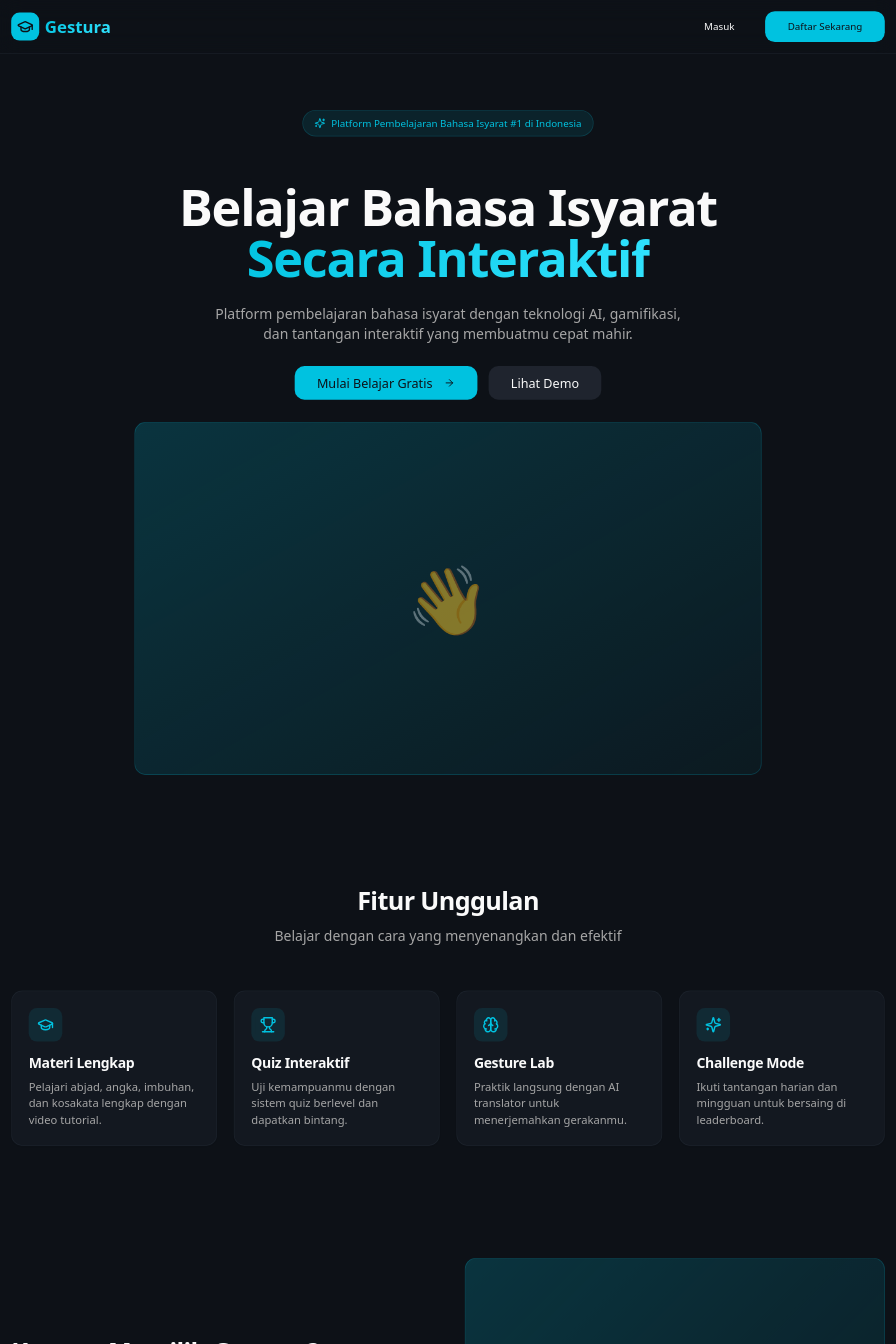
Repository: Tisna7/GESTURA
Page: http://localhost/
These files come from the project's save history. The page is drawn as it stood at one moment and after the next save; the edit follows.
The browser window is 1280 px wide. The pictures show the part of the page from y = 0 to 1920 px (the page is 3799 px tall before and 3767 px after), at 70% of full size.
The page is served by the project's Laravel application, run on PHP 8.4 with Laravel 12. Style sheets and scripts are compiled from the project's sources, by tool versions that may differ from the author's.

Above is the page before, as saved 2025-11-21 22:33:20.

After the next save:
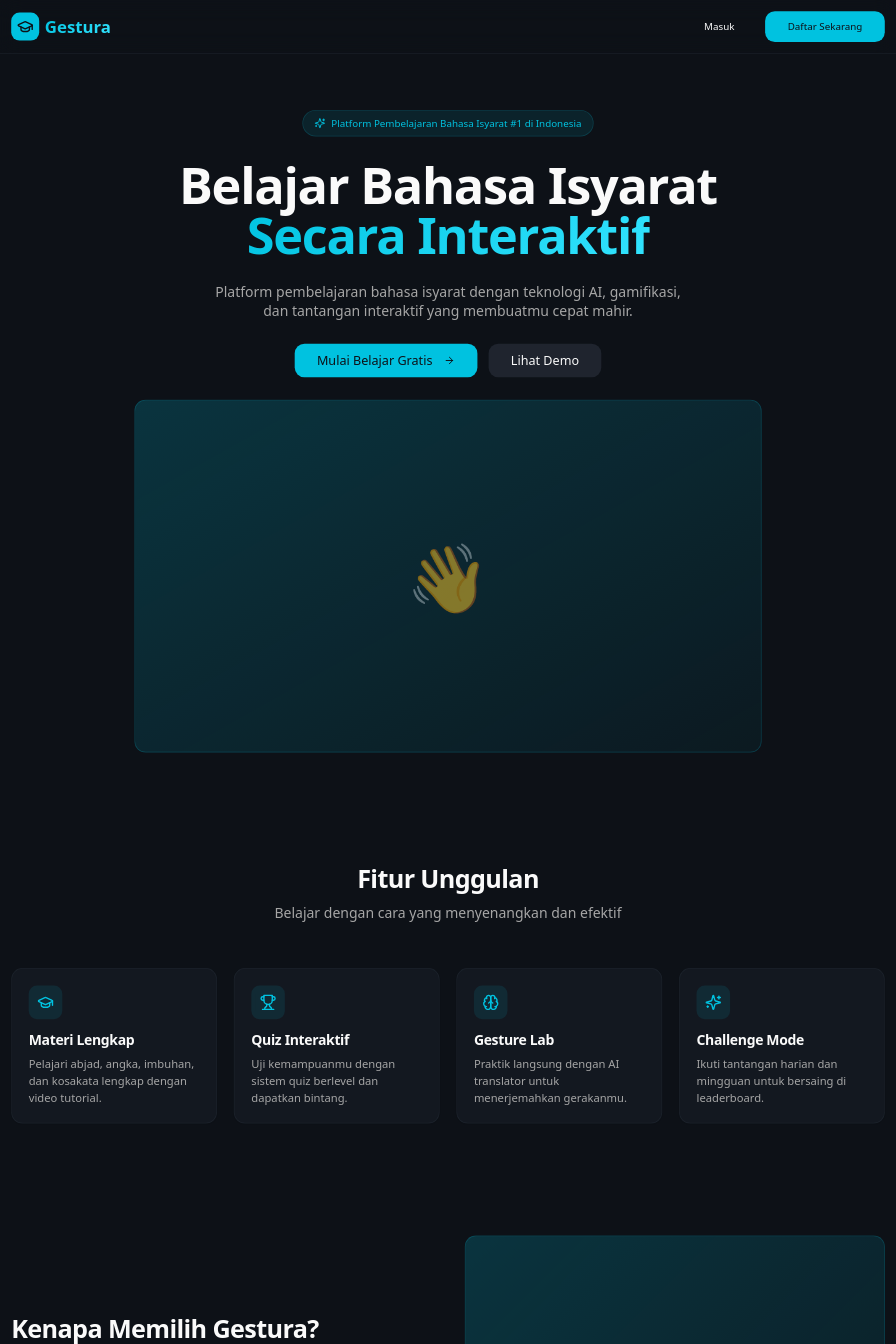
Saved 12 s later.
--- a/resources/views/landingpage.blade.php
+++ b/resources/views/landingpage.blade.php
@@ -3,7 +3,7 @@
   <head>
     <meta charset="utf-8" />
     <meta name="viewport" content="width=device-width, initial-scale=1.0" />
-    @vite('resources/css/app.css')
+    @vite('resources/css/theme.css')
 
   </head>
   <body>
